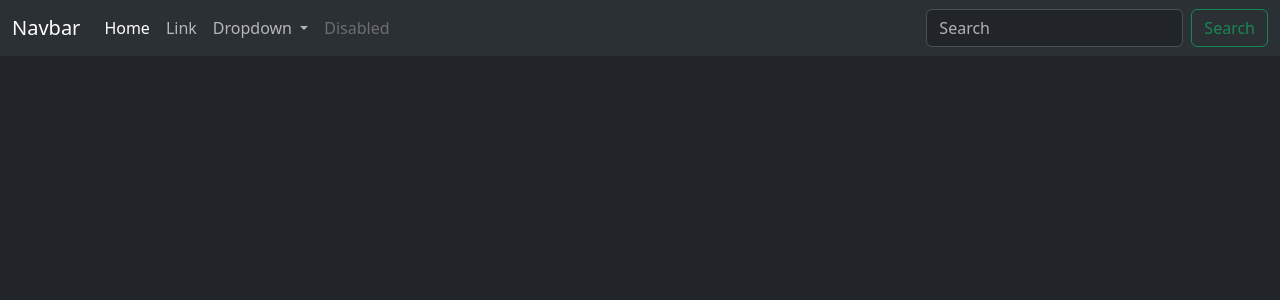
Repository: VictoriousMango/Archive
Page: index.html
An editor plug-in stored every save of this project. The page is shown before and after the next save, followed by the edit.
The browser window is 1280 px wide. The pictures show the whole page.

Above is the page before, as saved 2024-06-05 22:22:23.

### index.html
<!doctype html>
<html lang="en">
    <head>
        <meta charset="utf-8">
        <meta name="viewport" content="width=device-width, initial-scale=1">
        <title>Bootstrap demo</title>
        <link href="https://cdn.jsdelivr.net/npm/bootstrap@5.3.3/dist/css/bootstrap.min.css" rel="stylesheet" integrity="sha384-QWTKZyjpPEjISv5WaRU9OFeRpok6YctnYmDr5pNlyT2bRjXh0JMhjY6hW+ALEwIH" crossorigin="anonymous">
    </head>
    <body data-bs-theme="dark">
        <!-- NavBar -->
        <nav class="navbar navbar-expand-lg bg-body-tertiary">
            <div class="container-fluid">
              <a class="navbar-brand" href="#">Navbar</a>
              <button class="navbar-toggler" type="button" data-bs-toggle="collapse" data-bs-target="#navbarSupportedContent" aria-controls="navbarSupportedContent" aria-expanded="false" aria-label="Toggle navigation">
                <span class="navbar-toggler-icon"></span>
              </button>
                <div class="collapse navbar-collapse" id="navbarSupportedContent">
                    <ul class="navbar-nav me-auto mb-2 mb-lg-0">
                    <li class="nav-item">
                        <a class="nav-link active" aria-current="page" href="#">Home</a>
                    </li>
                    <li class="nav-item">
                        <a class="nav-link" href="#">Link</a>
                    </li>
                    <li class="nav-item dropdown">
                        <a class="nav-link dropdown-toggle" href="#" role="button" data-bs-toggle="dropdown" aria-expanded="false">
                        Dropdown
                        </a>
                        <ul class="dropdown-menu">
                        <li><a class="dropdown-item" href="#">Action</a></li>
                        <li><a class="dropdown-item" href="#">Another action</a></li>
                        <li><hr class="dropdown-divider"></li>
                        <li><a class="dropdown-item" href="#">Something else here</a></li>
                        </ul>
                    </li>
                    <li class="nav-item">
                        <a class="nav-link disabled" aria-disabled="true">Disabled</a>
                    </li>
                    </ul>
                    <form class="d-flex" role="search">
                        <input class="form-control me-2" type="search" placeholder="Search" aria-label="Search">
                        <button class="btn btn-outline-success" type="submit">Search</button>
                    </form>
                </div>
            </div>
        </nav>
        <!-- NavBar -->
        <script src="https://cdn.jsdelivr.net/npm/bootstrap@5.3.3/dist/js/bootstrap.bundle.min.js" integrity="sha384-YvpcrYf0tY3lHB60NNkmXc5s9fDVZLESaAA55NDzOxhy9GkcIdslK1eN7N6jIeHz" crossorigin="anonymous"></script>
        <script src="https://cdn.jsdelivr.net/npm/@popperjs/core@2.11.8/dist/umd/popper.min.js" integrity="sha384-I7E8VVD/ismYTF4hNIPjVp/Zjvgyol6VFvRkX/vR+Vc4jQkC+hVqc2pM8ODewa9r" crossorigin="anonymous"></script>
        <script src="https://cdn.jsdelivr.net/npm/bootstrap@5.3.3/dist/js/bootstrap.min.js" integrity="sha384-0pUGZvbkm6XF6gxjEnlmuGrJXVbNuzT9qBBavbLwCsOGabYfZo0T0to5eqruptLy" crossorigin="anonymous"></script>
    </body>
</html>

After the next save:
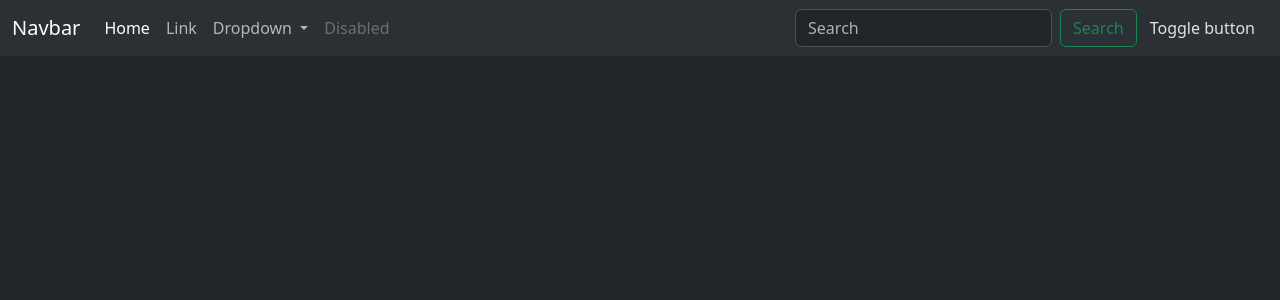
Saved 19 min 47 s later.
--- a/index.html
+++ b/index.html
@@ -41,6 +41,7 @@
                         <input class="form-control me-2" type="search" placeholder="Search" aria-label="Search">
                         <button class="btn btn-outline-success" type="submit">Search</button>
                     </form>
+                    <button type="button" class="btn" data-bs-toggle="button">Toggle button</button>
                 </div>
             </div>
         </nav>
